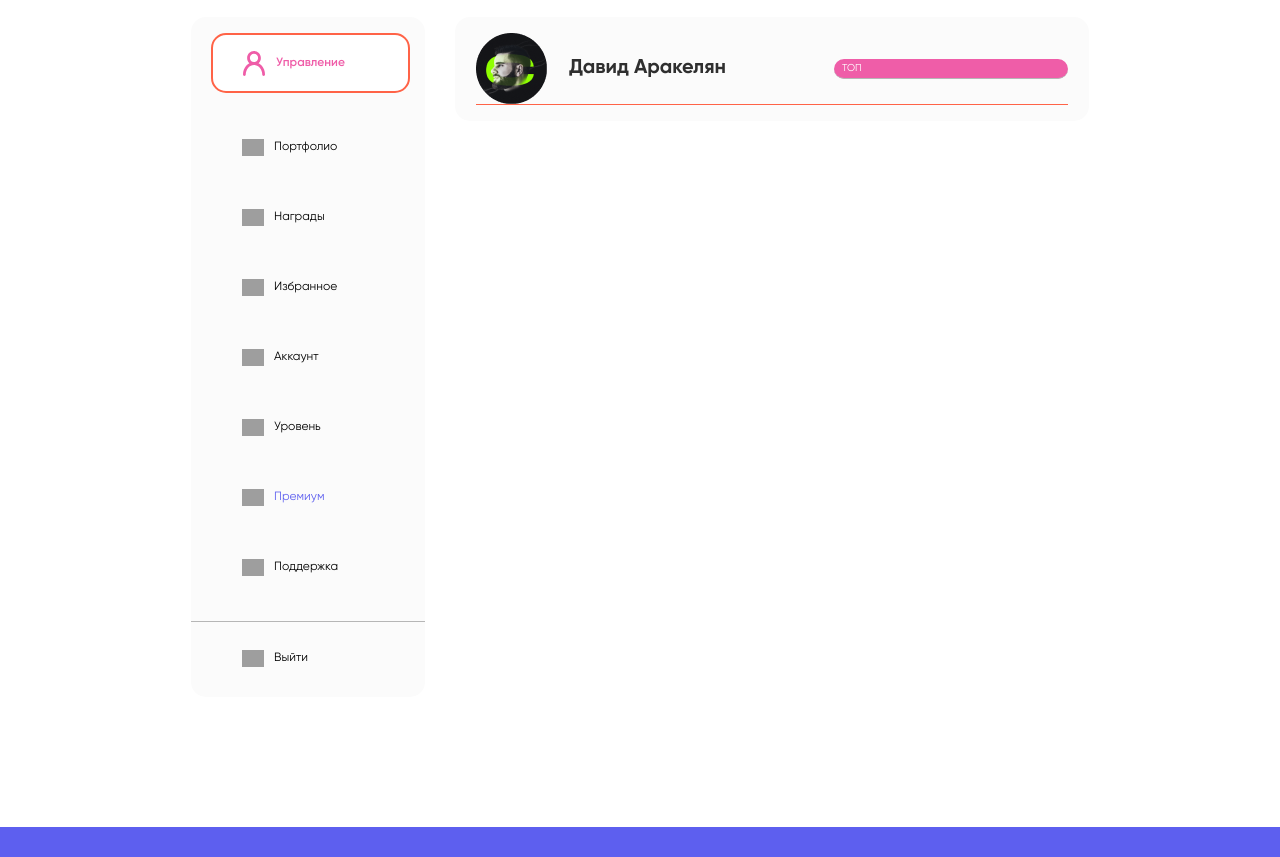
Repository: alexboagreek/selfmade
Page: index.html
An editor plug-in stored every save of this project. The page is shown before and after a run of saves, followed by the edit.
The browser window is 1280 px wide. The pictures show the part of the page from y = 353 to 1210 px (the page is 1719 px tall).
Pictures or frames that could not be fetched are drawn as grey boxes. A picture or video elsewhere on the page could not be fetched, so the positions and the page height are approximate.

Above is the page before, as saved 2022-12-13 12:38:25.

### index.html
<!DOCTYPE html>
<html lang="ru">
<head>
    <meta charset="UTF-8">
    <meta http-equiv="X-UA-Compatible" content="IE=edge">
    <meta name="viewport" content="width=device-width, initial-scale=1.0">
    <link rel="stylesheet" href="css/style.css">
    <link rel="icon" type="image/png" sizes="64x64" href="assets/icons/favicon.png">
    <link rel="icon" type="image/png" sizes="48x48" href="assets/icons/favicon_48.png">
    <title>Selfmade</title>
</head>
<body>
    <header class="header">
        <div class="header__container">
            <h1 class="visually-hidden">Selfmade...</h1>
            <div class="header__box">
                <div class="header__logo">
                    <a href="/"><img src="./assets/icons/header_logo.svg" alt="Логотип Selfmade"></a>
                </div>
                <div class="header__login">
                    <div class="header__alarm">
                        <img class="header__alarm_icon" src="assets/icons/bell.svg" alt="authorization bell">
                    </div>
                    <p class="user__name">Аракелян Д.</p>
                    <div class="user__login">
                        <img src="assets/icons/user_icon.svg" alt="user icon">
                    </div>
                </div>

            </div>

        </div>
    </header>

    <main class="main main__container">
        <div class="sidebar">
            <ul class="menu__list">
                <li class="menu__list_item menu__list_item_fix">
                    <button class="menu__list_button menu__button_control control__text">Управление</button>
                </li>
                <li class="menu__list_item list_item_fix">
                    <button class="menu__list_button menu__button_portfolio">Портфолио</button>
                </li>
                <li class="menu__list_item list_item_fix">
                    <button class="menu__list_button menu__button_star">Награды</button>
                </li>
                <li class="menu__list_item list_item_fix">
                    <button class="menu__list_button menu__button_like">Избранное</button>
                </li>
                <li class="menu__list_item list_item_fix">
                    <button class="menu__list_button menu__button_settings">Аккаунт</button>
                </li>
                <li class="menu__list_item list_item_fix">
                    <button class="menu__list_button menu__button_level">Уровень</button>
                </li>
                <li class="menu__list_item list_item_fix">
                    <button class="menu__list_button menu__button_premium menu__button_active">Премиум</button>
                </li>
                <li class="menu__list_item item__border list_item_fix">
                    <button class="menu__list_button menu__button_helper">Поддержка</button>
                </li>
                <li class="menu__list_item list_item_fix menu__line">
                    <button class="menu__list_button menu__button_exit">Выйти</button>
                </li>
            </ul>
        </div>
        <div class="content">
            <section class="interface">
                <div class="interface__box">
                    <div class="interface__box_header">
                        <div class="user__info">
                            <img src="assets/img/interface.png" alt="Логотип интерфейса юзера | user interface logo" class="interface__img">
                            <p class="interface__text">Давид Аракелян</p>
                        </div>
                        <div class="interface__rating interface__line">Топ</div>
                    </div>
                </div>
            </section>
        </div>
    </main>

  <footer class="footer">
    <div class="footer__container">
        <div class="footer__box">
            <img src="./assets/icons/footer_logo.svg" alt="Логотип Selfmade">
            <div class="footer__social">
                <ul class="footer__social_list">
                    <li class="footer__social_list_item">
                        <svg width="15" height="14" viewbox="0 0 15 14" fill="none" xmlns="http://www.w3.org/2000/svg">
                            <path d="M0.911243 6.87875L4.18677 8.10128L5.45459 12.1786C5.53572 12.4397 5.85504 12.5363 6.067 12.363L7.89283 10.8745C8.08421 10.7186 8.35682 10.7108 8.55683 10.856L11.85 13.2469C12.0767 13.4117 12.3979 13.2875 12.4548 13.0135L14.8672 1.40935C14.9293 1.11007 14.6352 0.860402 14.3502 0.970619L0.907405 6.15646C0.575664 6.2844 0.578554 6.75408 0.911243 6.87875ZM5.25027 7.4505L11.6519 3.50775C11.7669 3.43709 11.8853 3.59266 11.7865 3.6843L6.50332 8.59526C6.31761 8.76813 6.19783 8.99946 6.1639 9.25055L5.98393 10.5842C5.9601 10.7623 5.70995 10.78 5.66081 10.6077L4.96866 8.17563C4.88939 7.89823 5.00491 7.60194 5.25027 7.4505Z" fill="#5D5FEF"/>
                        </svg>
                    </li>
                    <li class="footer__social_list_item">
                        <svg width="15" height="15" viewbox="0 0 15 15" fill="none" xmlns="http://www.w3.org/2000/svg">
                            <path fill-rule="evenodd" clip-rule="evenodd" d="M4.90509 0.6828C2.54568 0.6828 0.632996 2.59548 0.632996 4.9549V10.295C0.632996 12.6544 2.54568 14.5671 4.90509 14.5671H10.2452C12.6046 14.5671 14.5173 12.6544 14.5173 10.295V4.9549C14.5173 2.59548 12.6046 0.6828 10.2452 0.6828H4.90509ZM7.57515 3.88687C5.51067 3.88687 3.83707 5.56047 3.83707 7.62496C3.83707 9.68944 5.51067 11.363 7.57515 11.363C9.63964 11.363 11.3132 9.68944 11.3132 7.62496C11.3132 5.56047 9.63964 3.88687 7.57515 3.88687ZM11.5421 4.64975C12.0898 4.64975 12.5338 4.20573 12.5338 3.65801C12.5338 3.11029 12.0898 2.66627 11.5421 2.66627C10.9944 2.66627 10.5504 3.11029 10.5504 3.65801C10.5504 4.20573 10.9944 4.64975 11.5421 4.64975Z" fill="#5D5FEF"/>
                        </svg>
                    </li>
                    <li class="footer__social_list_item">
                        <svg width="16" height="9" viewbox="0 0 16 9" fill="none" xmlns="http://www.w3.org/2000/svg">
                            <path d="M12.9479 4.91454C12.7006 4.61918 12.7714 4.48778 12.9479 4.22376C12.9511 4.22075 14.9925 1.55289 15.2028 0.648132L15.2041 0.647529C15.3086 0.317814 15.2041 0.0755005 14.6987 0.0755005H13.0263C12.6006 0.0755005 12.4043 0.283456 12.2991 0.516125C12.2991 0.516125 11.4477 2.44378 10.2431 3.69332C9.85434 4.05438 9.67462 4.17012 9.46239 4.17012C9.35787 4.17012 9.19535 4.05438 9.19535 3.72467V0.647529C9.19535 0.252112 9.07617 0.0755005 8.72373 0.0755005H6.09412C5.82709 0.0755005 5.66839 0.259948 5.66839 0.431737C5.66839 0.80666 6.27066 0.892856 6.33312 1.9477V4.23642C6.33312 4.73792 6.23689 4.83015 6.02338 4.83015C5.45489 4.83015 4.07508 2.89465 3.25739 0.679476C3.09232 0.249701 2.93108 0.0761032 2.50216 0.0761032H0.829178C0.351821 0.0761032 0.255585 0.284059 0.255585 0.516728C0.255585 0.927817 0.824079 2.97181 2.89921 5.67222C4.28221 7.51549 6.22988 8.51428 8.00164 8.51428C9.06661 8.51428 9.19663 8.29246 9.19663 7.91091C9.19663 6.14961 9.10039 5.98325 9.63383 5.98325C9.88111 5.98325 10.3068 6.09898 11.3011 6.98806C12.4374 8.04231 12.6242 8.51428 13.2602 8.51428H14.9326C15.4093 8.51428 15.6508 8.29246 15.5119 7.85485C15.1939 6.93442 13.0448 5.04112 12.9479 4.91454V4.91454Z" fill="#5D5FEF"/>
                        </svg>
                    </li>
                    <li class="footer__social_list_item">
                        <svg width="7" height="14" viewbox="0 0 7 14" fill="none" xmlns="http://www.w3.org/2000/svg">
                            <path d="M5.1126 2.93661H6.8285V0.446777H4.81141V0.455757C2.36736 0.540786 1.86645 1.89031 1.8223 3.30771H1.81727V4.55101H0.153015V6.9893H1.81727V13.5253H4.3254V6.9893H6.37996L6.77685 4.55101H4.32622V3.79984C4.32622 3.32082 4.65072 2.93661 5.1126 2.93661Z" fill="#5D5FEF"/>
                        </svg>
                    </li>
                </ul>
            </div>
        </div>
        <div class="footer__services">
            <ul class="services__list">
                <li class="services__list_item">Как работает сервис?</li>
                <li class="services__list_item">Советы от SELFMADE</li>
                <li class="services__list_item">Пользовательское соглашение</li>
                <li class="services__list_item">Почему SELFMADE</li>
                <li class="services__list_item">Помощь и поддержка</li>
            </ul>
        </div>
    </div>
    <div class="footer__copyright">
        <ul class="footer__copyright_list">
            <li class="footer__copyright_list_item footer__copy_text">© SELFMADE.TEAM 2022</li>
            <li class="footer__copyright_list_item footer__copy_text-info">ИНН 431207720494 / ОГРНИП 320508100324371</li>
            <li class="footer__copyright_list_item">
                <a class="footer__copyright_link" href="#">Политика конфиденциальности</a>
            </li>
        </ul>
    </div>

  </footer>
</body>
</html>

### css/style.css
@import 'normalize.css';
@import 'fonts.css';
@import 'default.css';
@import 'header.css';
@import 'sidebar.css';
@import 'interface.css';
@import 'footer.css';

### css/fonts.css
@font-face {
    font-family: Gilroy;
    src: url(../assets/fonts/Gilroy-Regular.woff2) format('woff2'),
    url(../assets/fonts/Gilroy-Regular.woff) format('woff');
    font-weight: 400;
}

@font-face {
    font-family: Gilroy;
    src: url(../assets/fonts/Gilroy-Semibold.woff2) format('woff2'),
    url(../assets/fonts/Gilroy-Semibold.woff) format('woff');
    font-weight: 500;
}

@font-face {
    font-family: Gilroy;
    src: url(../assets/fonts/Gilroy-Bold.woff2) format('woff2'),
    url(../assets/fonts/Gilroy-Bold.woff) format('woff');
    font-weight: 600;
}

### css/default.css
:root {
    --color-control-text:#EF5DA8;
    --color-menu: #F0F0F0;
    --color-menu-active: #5D5FEF;
    --color-alarm: #EF5DA8;
    --color-main: #FBFBFB;
    --footer-color-main: #5D5FEF;
    --footer-color-copyright: #5556D3;
    --footer-social-color: #FFFFFF;
    --footer-copyright-link: #B6B6B6;
}

html {
  overflow-x: hidden;
  position: relative;
  box-sizing: border-box;
}

*,
*::before,
*::after {
  box-sizing: inherit;
}

body {
  display: flex;
  flex-direction: column;
  min-width: 320px;
  height: 100%;
  font-family: Gilroy, sans-serif;
  background-color: #FFFFFF;
  font-size: 16px;
  overflow-x: hidden;
  position: relative;
}

img,
svg {
  max-width: 100%;
  max-height: 100%;
  height: auto;
}

button {
  padding: 0;
  cursor: pointer;
  border: none;
  background-color: transparent;
}

a {
  text-decoration: none;
  color: inherit;
}

ul {
  list-style: none;
  padding: 0;
  margin: 0;
}

h1,
h2,
h3,
p,
figure,
fieldset {
  margin: 0;
}

iframe {
  border: none;
}

fieldset {
  padding: 0;
  border: 0;
}

.visually-hidden {
  position: fixed;
  transform: scale(0);
}

.container {
    max-width: 1400px;
    padding: 0 100px;
    margin: 0 auto;
}

### css/header.css
.header {
    padding-top: 28px;
    padding-bottom: 37px;
    flex: 0 0 auto;
    background-color: #FFFFFF;
}

.header__box {
    display: flex;
    justify-content: space-between;
    align-items: center;
}

.header__container {
    max-width: 1500px;
    margin: 0 auto;
    padding: 0 100px;
}

.header__alarm {
    position: relative;
    margin-right: 11px;
}

.header__alarm::after {
    position: absolute;
    top: 0;
    content: '';
    width: 5px;
    height: 5px;
    background-color: var(--color-alarm);
    border-radius: 50%;
}
.user__name {
    margin-right: 6px;
}

.header__login {
    display: flex;
    align-items: center;
}

.user__login {
    cursor: pointer;
}

.services__list_item {
    cursor: pointer;
}

### css/sidebar.css
.main {
    display: flex;
}

.main__container {
    max-width: 1200px;
    margin: 0 auto;
}

.sidebar {
    display: flex;
    justify-content: center;
    width: 234px;
    border-radius: 15px;
    background-color: var(--color-main);
    margin-bottom: 130px;
    margin-right: 30px;
}

.menu__list_button {
    font-size: 12px;
    line-height: 16px;
    padding: 7px 8px 7px 40px;
    background-size: 22px;
    background-position: 8px center;
    background-repeat: no-repeat;
    border-radius: 50px;
    border: 1px solid transparent;
    white-space: nowrap;
    outline: none;
    margin-bottom: 38px;
}

.menu__list_item_fix {
    display: flex;
    padding-left: 20px;
    align-items: flex-start;
}

.menu__button_active {
    color: var(--color-menu-active);
}

.menu__button_control {
    width: 199px;
    margin-top: 16px;
    border-radius: 15px;
    border: 2px solid tomato;
    padding: 20px;
    background-color: #FFFFFF;
    background-image: url('../assets/icons/user__icon.svg');
    background-position: calc(30px);
}

.control__text {
    font-weight: 500;
    color: var(--color-control-text);
}

.menu__button_portfolio {
    background-image: url('../assets/icons/portfolio_icon.svg');
}
.menu__button_star {
    background-image: url('../assets/icons/star_icon.svg');
}

.menu__button_like {
    background-image: url('../assets/icons/like_icon.svg');
}
.menu__button_settings {
    background-image: url('../assets/icons/settings_icon.svg');
}
.menu__button_level {
    background-image: url('../assets/icons/level_icon.svg');
}
.menu__button_premium {
    background-image: url('../assets/icons/premium_icon.svg');
}

.menu__button_helper {
    background-image: url('../assets/icons/helper_icon.svg');
}

.menu__line {
    width: 234px;
    border-top: 1px solid var(--footer-copyright-link);
}
.menu__button_exit {
    background-image: url('../assets/icons/exit_icon.svg');
    margin-top: 20px;
    margin-bottom: 23px;
}

.list_item_fix {
    padding-left: 42px;
}

### css/interface.css
.interface__box {
    border-radius: 15px;
    padding: 16px 21px;
    width: 634px;
    background-color: var(--color-main);
}
.interface__box_header {
    display: flex;
    justify-content: space-between;
    align-items: center;
    border-bottom: 1px solid tomato;
}
.user__info {
    display: flex;
    align-items: center;
}

.interface__text {
    font-weight: 700;
    font-size: 20px;
    margin-left: 22px;
    line-height: 1.06;
    color: #2F2F2F;
}

.interface__rating {
    padding: 4px 8px;
    border-radius: 47px;
    color: #FFFFFF;
    background-color: var( --color-control-text);
    font-size: 10px;
    text-transform: uppercase;
}

.interface__line {
    width: 234px;
    border-bottom: 1px solid var(--footer-copyright-link);
}

### css/footer.css
.footer {
    flex: 0 0 auto;
}

.footer__container {
    padding: 50px 140px 0px 140px;
    background-color: var(--footer-color-main);
}

.footer__box {
    display: flex;
    justify-content: space-between;
    background-color: var(--footer-color-main);
    margin-bottom: 50px;
}

.footer__social_list_item {
    display: flex;
    align-items: center;
    justify-content: center;
    width: 29px;
    height: 29px;
    background-color: var(--footer-social-color);
    border-radius: 50%;
    margin-right: 19px;
    cursor: pointer;
}

.footer__social_list_item:last-child {
    margin-right: 0;
}

.footer__social_list {
    display: flex;
}

.footer__services {
    padding-bottom: 41px;
}

.services__list {
    display: flex;
    justify-content: space-between;
}
.services__list_item {
    font-size: 16px;
    font-weight: 500;
    color: var(--footer-social-color);
}

.footer__copyright {
    padding: 30px 140px;
    border-top: 1px solid #FFFFFF;
    background-color: var(--footer-color-copyright);
}

.footer__copyright_list {
    display: flex;
    justify-content: space-between;
}

.footer__copy_text {
    font-weight: 500;
    line-height: 16px;
    color: var(--footer-social-color);
}

.footer__copy_text-info {
    font-weight: 400;
    color: var(--footer-social-color);
}
.footer__copyright_link {
    color: var(--footer-copyright-link);
}

Loaded but not shown: css/normalize.css (library)

After the next 4 saves:
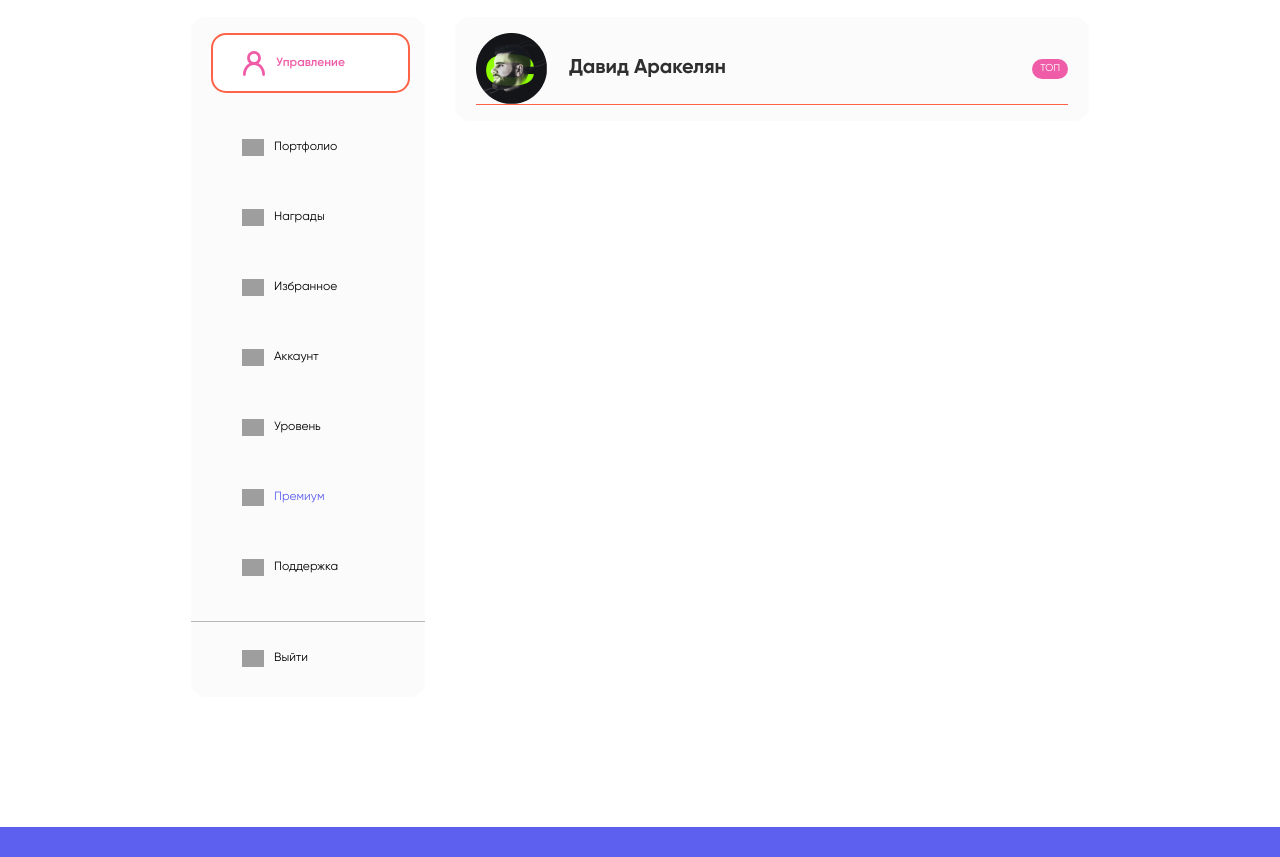
The 4 saves are shown as one change because they came seconds apart.
The last was saved 26 s later.
--- a/index.html
+++ b/index.html
@@ -67,12 +67,12 @@
         <div class="content">
             <section class="interface">
                 <div class="interface__box">
-                    <div class="interface__box_header">
+                    <div class="interface__box_header intre">
                         <div class="user__info">
                             <img src="assets/img/interface.png" alt="Логотип интерфейса юзера | user interface logo" class="interface__img">
                             <p class="interface__text">Давид Аракелян</p>
                         </div>
-                        <div class="interface__rating interface__line">Топ</div>
+                        <div class="interface__rating">Топ</div>
                     </div>
                 </div>
             </section>
